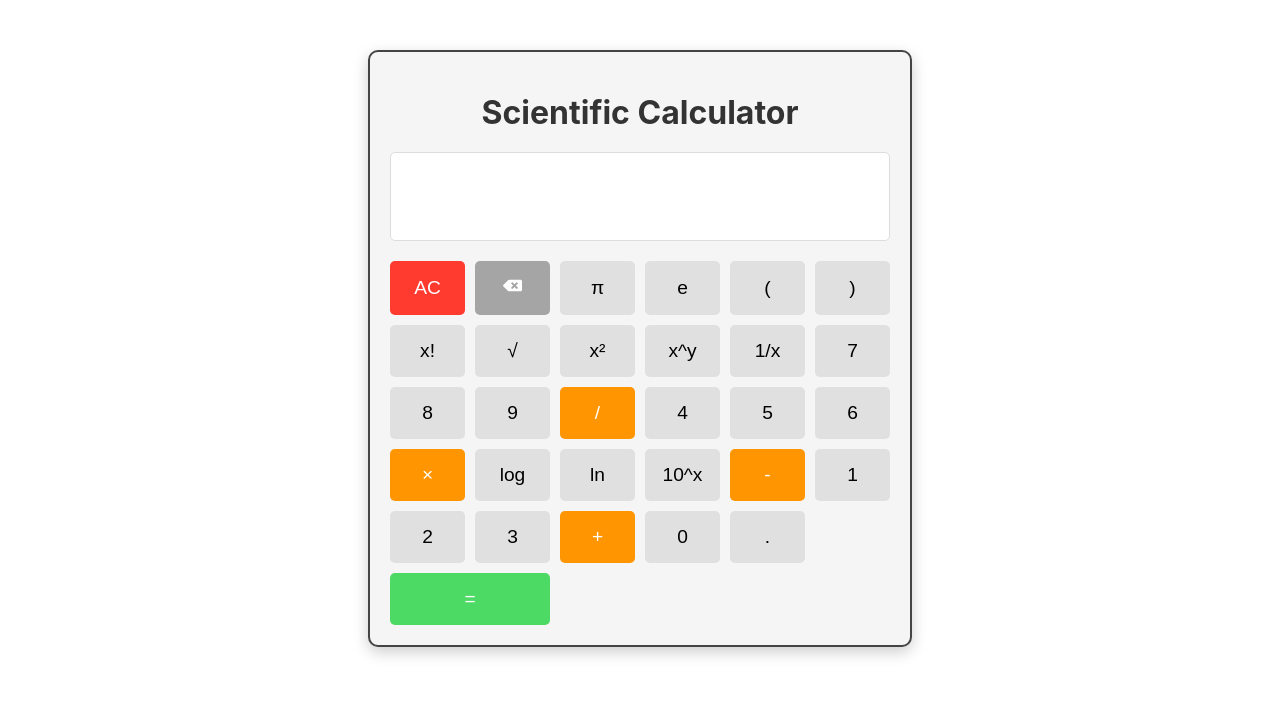
Repository: thesaherriaz/Calculator-React
Page: /
The author's editor kept a copy of each file at every save. The page is drawn from the files as they stood at one save, then again after the next save.
The browser window is 1280 px wide. The pictures show the whole page.
The project was rebuilt for these pictures with package versions that can differ from the ones it lists, and the page was loaded fresh each time.

Above is the page before, as saved 2025-06-20 12:39:19.

After the next save:
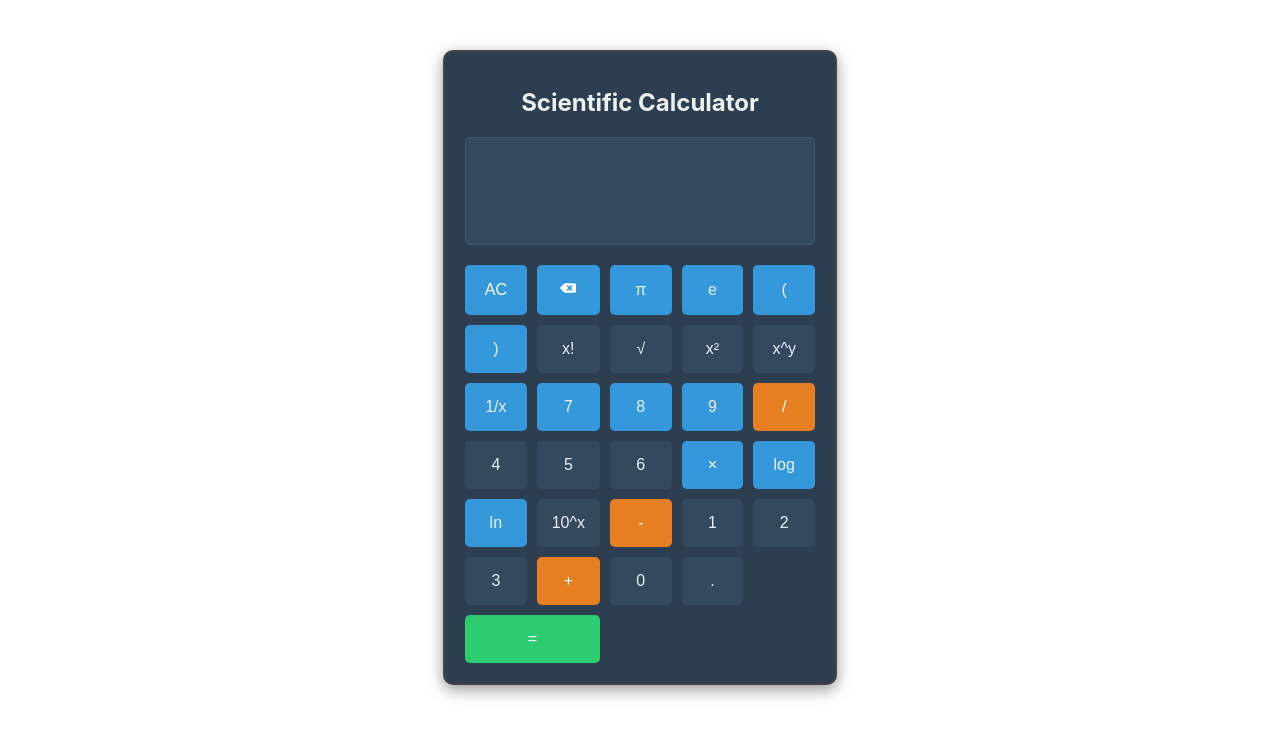
Saved 13 s later.
--- a/src/compnents/Calculator.css
+++ b/src/compnents/Calculator.css
@@ -1,60 +1,66 @@
 .calculator {
-    width: 500px;
+    width: 350px;
     margin: 50px auto;
     border: 2px solid #444;
     border-radius: 10px;
     padding: 20px;
-    background-color: #f5f5f5;
-    box-shadow: 0 5px 15px rgba(0, 0, 0, 0.2);
+    background-color: #2c3e50;
+    box-shadow: 0 5px 15px rgba(0, 0, 0, 0.4);
+    color: white;
 }
 
 .calculator h1 {
     text-align: center;
-    color: #333;
+    color: #ecf0f1;
     margin-bottom: 20px;
+    font-size: 1.5em;
 }
 
 .display {
-    background-color: #fff;
-    border: 1px solid #ddd;
+    background-color: #34495e;
+    border: 1px solid #3d566e;
     border-radius: 5px;
-    padding: 10px;
+    padding: 15px;
     margin-bottom: 20px;
     text-align: right;
-    min-height: 60px;
+    min-height: 70px;
 }
 
 .input {
     font-size: 1.2em;
-    color: #666;
+    color: #bdc3c7;
     min-height: 1.2em;
+    margin-bottom: 10px;
+    word-wrap: break-word;
 }
 
 .result {
     font-size: 1.8em;
     font-weight: bold;
-    color: #333;
+    color: #ecf0f1;
     min-height: 1.5em;
+    word-wrap: break-word;
 }
 
 .buttons {
     display: grid;
-    grid-template-columns: repeat(6, 1fr);
+    grid-template-columns: repeat(5, 1fr);
     grid-gap: 10px;
 }
 
 button {
     padding: 15px;
-    font-size: 1.2em;
+    font-size: 1em;
     border: none;
     border-radius: 5px;
-    background-color: #e0e0e0;
+    background-color: #34495e;
+    color: #ecf0f7;
     cursor: pointer;
     transition: all 0.2s;
 }
 
 button:hover {
-    background-color: #d0d0d0;
+    background-color: #3d566e;
 }
 
 button:active {
@@ -62,38 +68,71 @@ button:active {
 }
 
 .operator {
-    background-color: #ff9500;
+    background-color: #e67e22;
     color: white;
 }
 
 .operator:hover {
-    background-color: #e08500;
+    background-color: #d35400;
 }
 
 .clear {
-    background-color: #ff3b30;
+    background-color: #e74c3c;
     color: white;
 }
 
 .clear:hover {
-    background-color: #e0352b;
+    background-color: #c0392b;
 }
 
 .delete {
-    background-color: #a5a5a5;
+    background-color: #7f8c8d;
     color: white;
 }
 
 .delete:hover {
-    background-color: #959595;
+    background-color: #95a5a6;
 }
 
 .equals {
-    background-color: #4cd964;
+    background-color: #2ecc71;
     color: white;
     grid-column: span 2;
 }
 
 .equals:hover {
-    background-color: #3cc954;
+    background-color: #27ae60;
 }
+
+/* Scientific buttons */
+button:nth-child(1),
+button:nth-child(2),
+button:nth-child(3),
+button:nth-child(4),
+button:nth-child(5),
+button:nth-child(6),
+button:nth-child(11),
+button:nth-child(12),
+button:nth-child(13),
+button:nth-child(14),
+button:nth-child(19),
+button:nth-child(20),
+button:nth-child(21) {
+    background-color: #3498db;
+}
+
+button:nth-child(1):hover,
+button:nth-child(2):hover,
+button:nth-child(3):hover,
+button:nth-child(4):hover,
+button:nth-child(5):hover,
+button:nth-child(6):hover,
+button:nth-child(11):hover,
+button:nth-child(12):hover,
+button:nth-child(13):hover,
+button:nth-child(14):hover,
+button:nth-child(19):hover,
+button:nth-child(20):hover,
+button:nth-child(21):hover {
+    background-color: #2980b9;
+}
